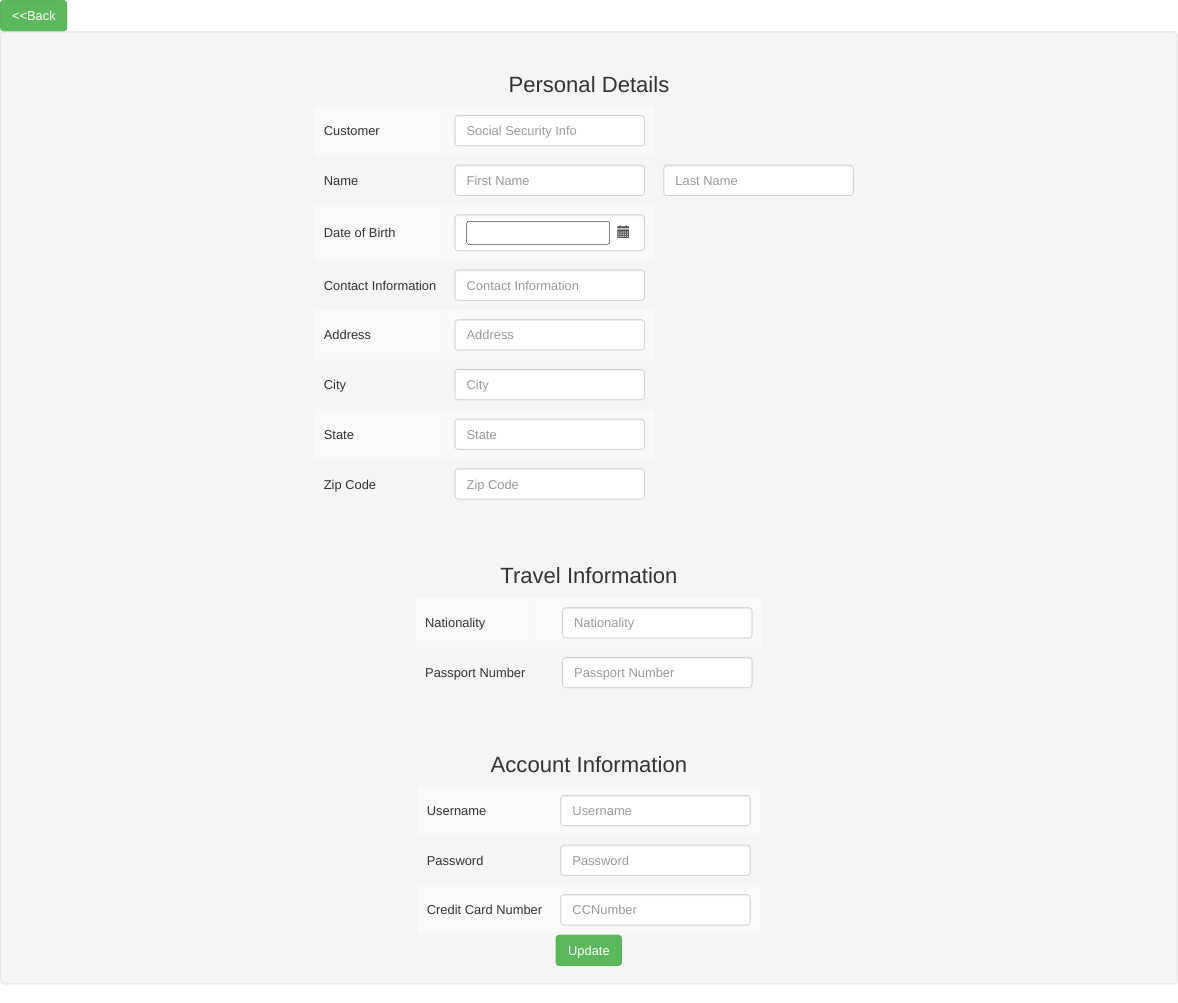
Repository: harshadrane89/CMPE273-WebService-AirlineManagement
Page: http://localhost/AirlineManagementSystemClient/TwitterGUI/ModifyCustomer.jsp
The author's editor kept a copy of each file at every save. The page is drawn from the files as they stood at one save, then again after the next save.
The browser window is 1280 px wide. The pictures show the whole page, at 92% of full size.
The page is served by Tomcat 9.

Above is the page before, as saved 2013-12-09 09:25:11.

After the next save:
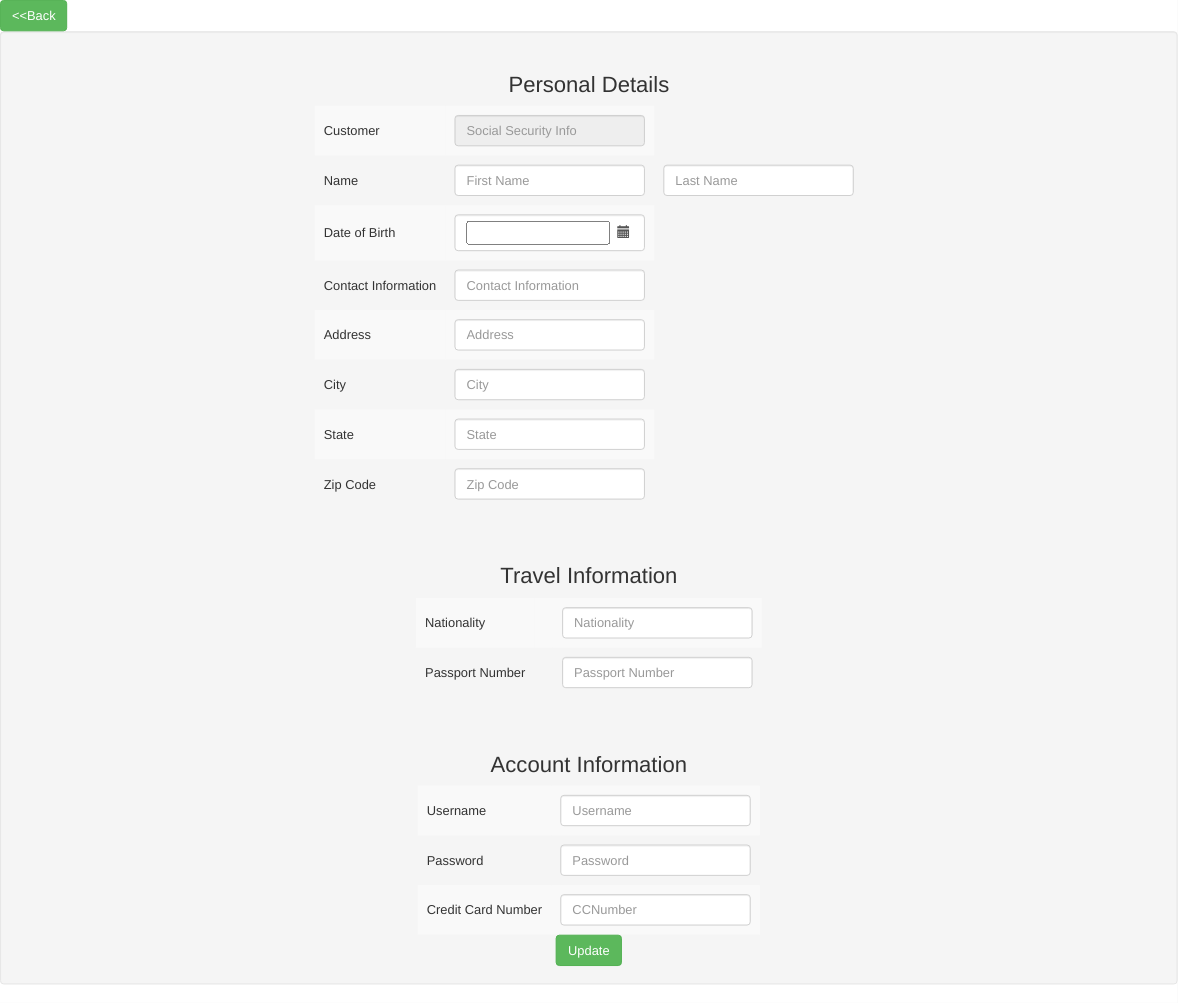
Saved 5 s later.
--- a/273_Project_Tomcat/AirlineManagementSystemClient/WebContent/TwitterGUI/ModifyCustomer.jsp
+++ b/273_Project_Tomcat/AirlineManagementSystemClient/WebContent/TwitterGUI/ModifyCustomer.jsp
@@ -35,7 +35,7 @@
 					<td><input type="text" placeholder="Social Security Info"
 						name="ssn"
 						value="<%=traveller.getCustId() != null ? traveller.getCustId(): ""%>"
-						class="form-control" required="true" ></td>
+						class="form-control" required="true" readonly="readonly"></td>
 				</tr>
 				<tr>
 					<td>Name</td>
